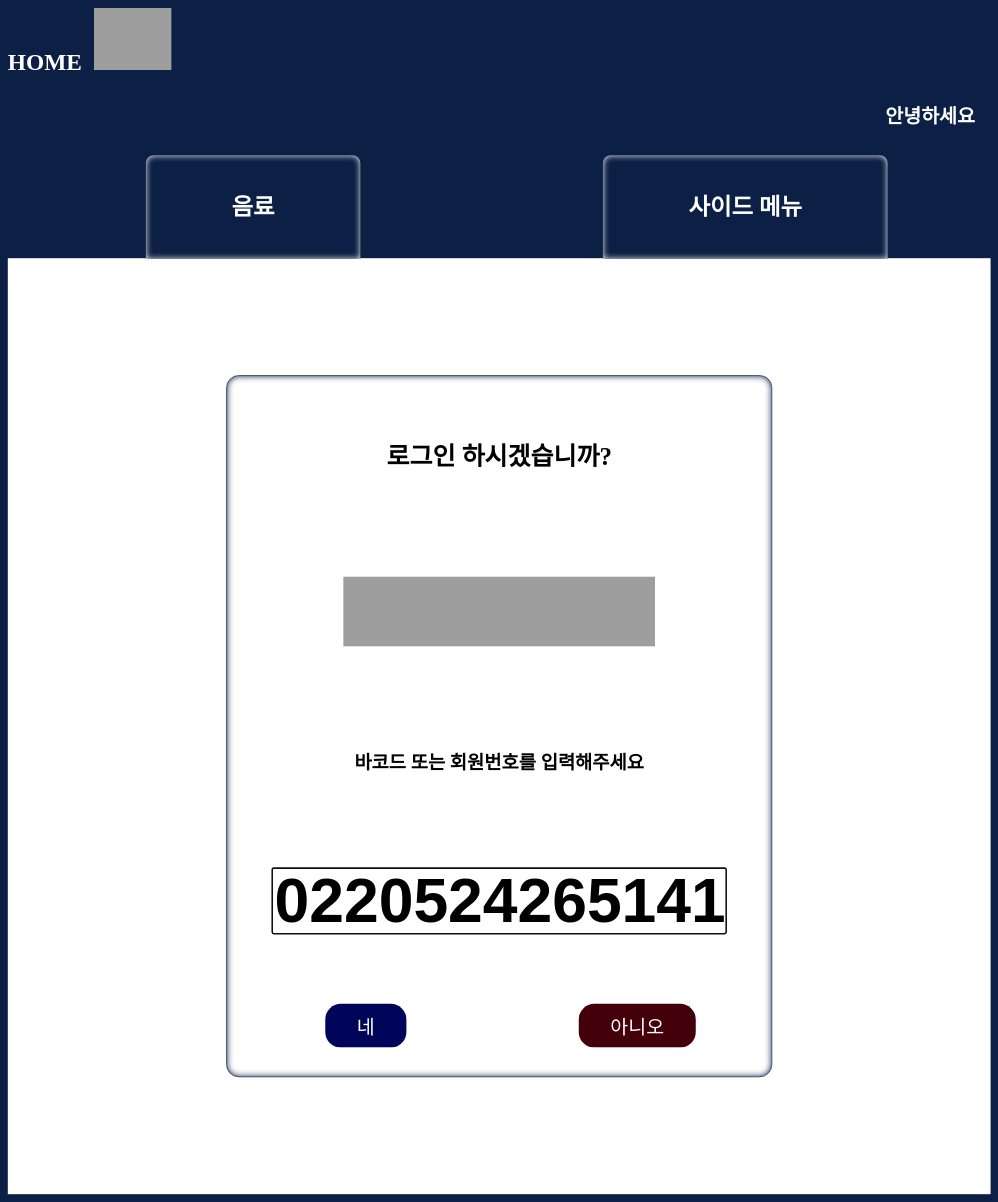
Repository: DevJoeYC/Metabukcs
Page: http://localhost/metabucks/KIOSK/login.jsp
An editor plug-in stored every save of this project. The page is shown before and after the next save, followed by the edit.
The browser window is 1280 px wide. The pictures show the whole page, at 78% of full size.
Pictures or frames that could not be fetched are drawn as grey boxes. The page is served by Tomcat 9. Other server files are loaded and not shown.

Above is the page before, as saved 2022-05-27 06:14:44.

### metabucks/WebContent/KIOSK/login.jsp
<%@ page language="java" contentType="text/html; charset=UTF-8"
    pageEncoding="UTF-8"%>
<%@ include file="includes/head.jsp" %>
<script>
	window.onload = function()
	{
		$("#usernum").focus();
	}

	function DoLogin()
	{
		if($("#usernum").val() == "" || $("#usernum").val() == null)

		{
			alert("회원번호를 입력하세요.");
			$("#usernum").focus();
			return;
		}

		//로그인 처리
		$.ajax({
			type : "post",
			url: "loginok.jsp",
			dataType: "html",
			data:
			{
				usernum: $("#usernum").val()
		    },
			success : function(data)
			{
				data = data.trim();
				if(data == "OK")
				{
					document.location = "drinkmenu.jsp";
				}else
				{
					alert("회원번호가 일치하지 않습니다.");
				}
			}
		});
	}
</script>
<!-- ==================================================================================================================== -->
<tr>
	<td style="background-color:white;padding:150px 0px 150px 0px" colspan=3>
		<form name="login" method="post" action="loginok.jsp" onsubmit="javascript:return false;">
		<table id="login" border="0" height="900" width="700" style="margin : auto; text-align:center">
			<tr>
				<td colspan="2"><h1>로그인 하시겠습니까?</h1></td>
			</tr>
			<tr>
				<td colspan="2"><img src="images/barcode.png" width="400" height="90"></td>
			</tr>
			<tr>
				<td colspan=2><h2>바코드 또는 회원번호를 입력해주세요</h2></td>
			</tr>

			<tr>
				<td colspan=2><input type="text"
									 id="usernum"
									 name="usernum"
									 style="width: 36rem; height: 5rem;font-size: 5rem;font-weight:bold"
									 value="0220524265141">
				</td>
			</tr>

			<tr>
				<td width="350px"><a id="yes" href="javascript:DoLogin();">네</a></td>
				<td><span><a id="no" href="drinkmenu.jsp">아니오</a></span></td>
			</tr>
		</table>
		</form>
	</td>
<!-- ==================================================================================================================== -->
<%@ include file="includes/tail.jsp" %>

### metabucks/WebContent/KIOSK/includes/head.jsp
<%@ page language="java" contentType="text/html; charset=UTF-8"
    pageEncoding="UTF-8"%>
<%@ page import="meta.dto.*" %>
<%@ page import="meta.vo.*" %>
<!DOCTYPE html>

<%
	//session.setMaxInactiveInterval(60*1); //1분후 세션만료(아무 움직임 없을시)
	String id = "";
	accountVO user  = (accountVO) session.getAttribute("accountVO");
	if(user != null)
	{
		id = user.id();
	}
%>
<html>
	<head>

		<title>메타벅스</title>
		<link rel="stylesheet" href="css/kiosk.css"/>
		<script src="js/jquery-3.6.0.js"></script>
	</head>
	<style>

    	</style>
	<body>
		<table border=0  style="width:100%;">
			<tr>
				<td id="bar" colspan="2" style="text-align:left;padding:0px 0px 30px 0px"><a style="color: white;text-decoration:none;" href="index.jsp">HOME &nbsp;<img src="images/CoffeeLogo.png" height="80px" width="100px"></a></td>
			</tr>
			<tr>
				<td id="bar" colspan="2" style="text-align:right; width:100px; height:30px; font-size:25px; padding:0px 20px 30px 0px">
					<%
						if(id == null || id.equals(""))
						{
							%>
								안녕하세요
							<%
						}else
						{
							%>
							( <%= user.name() %> )님 환영합니다 &nbsp;&nbsp;&nbsp;<a id="mypagebtn" href="mypage.jsp">마이페이지</a></td>
							<%
						}
					%>
				</td>
			</tr>
			<tr>
				<td id="bar"  height="130px" width="100px" style="text-align:center"><a id="menu" style="color: white" href="drinkmenu.jsp">음료</a></td>
				<td id="bar" width="130px" style="text-align:center"><a id="menu" style="color: white" href="sidemenu.jsp">사이드 메뉴</a></td>
			</tr>

### metabucks/WebContent/KIOSK/includes/tail.jsp
<%@ page language="java" contentType="text/html; charset=UTF-8"
    pageEncoding="UTF-8"%>
</tr>
		</table>
	</body>
	</html>

### metabucks/WebContent/KIOSK/css/kiosk.css
@charset "UTF-8";

	#indexbar
	{
		font-size:30px
	}
	#abtn
	{
		text-decoration: none;
		background-color: #0C1F45;
		border:dotted;
		color: maroon;
		padding:80px 300px 80px 300px ;
		text-align: center;
		display: inline-block;
		border-radius: 20px 20px 20px 20px;
	}
	#abtn:hover, #abtn:active
	{
		background-color: #471214;
	}

	body
	{
		background-color:#0C1F45;
	}

	#login
	{
		background-color:white;
		border:1px solid #0C1F45;
		border-radius:16px;
		box-shadow:inset 0 0 8px #0C1F45;
	}
	#bar
	{
		background-color:#0C1F45;
		color:white;
		font-size:30px;
		font-weight:bold;
	}
	#menu
	{
		background-color: #0C1F45;
		text-decoration: none;
		padding: 50px 110px;
		border-radius: 10px 10px 0px 0px;
		box-shadow:inset 0 0 8px white;
		font-weight:bold;
	}
	#menu:hover
	{
		background-color: #471214;
	}
	#yes
	{
		text-decoration: none;
		background-color: #00055A;
		color: white;
		padding: 10px 40px;
		text-align: center;
		display: inline-block;
		border-radius: 20px 20px 20px 20px;
		font-size:25px;
	}
	#no
	{
		text-decoration: none;
		background-color: #44000A;
		color: white;
		padding: 10px 40px;
		text-align: center;
		display: inline-block;
		border-radius: 20px 20px 20px 20px;
		font-size:25px;
	}

	#optbtn
	{
		background-Color:#0C1F45;
		font:12px;
		font-weight:bold;
		color:white;
		border-radius: 10px 10px 10px 10px;
		font-size:20px;
	}
	#optbtn:hover
	{
		background-Color:#085820;
	}
	#optbtn:visited
	{
		background-Color:#085820;
	}
	#mypagebtn
	{
		text-decoration: none;
		background-color: white;
		color:black;
		padding: 10px 20px;
		display: inline-block;
		border-radius: 20px 20px 20px 20px;
		font-weight:bold;
		font-size:15px
	}

	#orderbtn
	{
		text-decoration: none;
		background-color: white;
		color: black;
		padding: 30px 190px;
		display: inline-block;
		border-radius: 10px 10px 10px 10px;;
		font-weight:bold;
		font-size:30px
	}
	#cancelbtn
	{
		text-decoration: none;
		background-color: #660010;
		color: white;
		padding: 60px 100px;
		display: inline-block;
		border-radius: 10px 10px 10px 10px;;
		font-weight:bold;
		font-size:30px;
	}

Loaded but not shown: metabucks/WebContent/KIOSK/js/jquery-3.6.0.js (library)

After the next save:
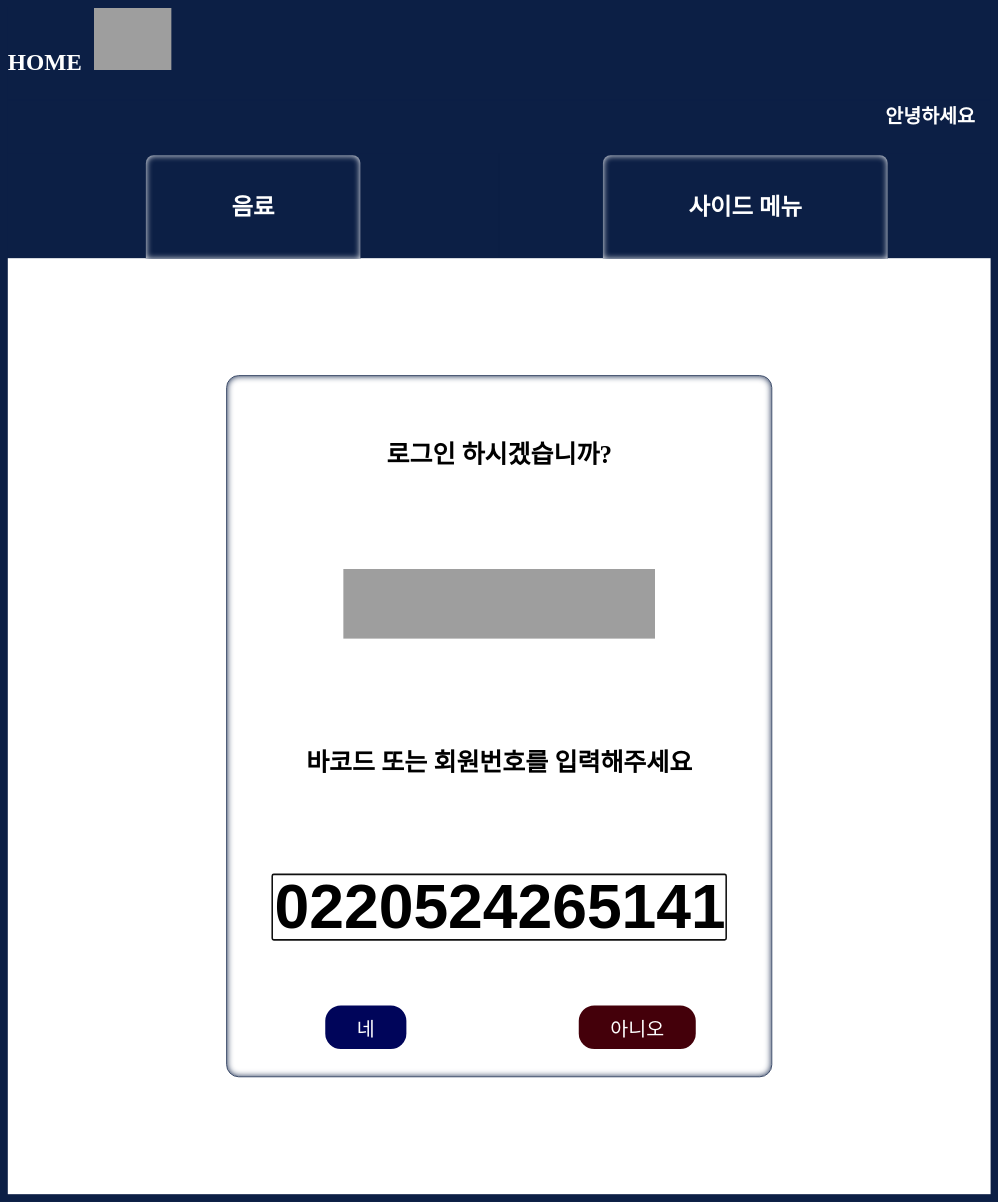
Saved 14 s later.
--- a/metabucks/WebContent/KIOSK/login.jsp
+++ b/metabucks/WebContent/KIOSK/login.jsp
@@ -52,7 +52,7 @@
 				<td colspan="2"><img src="images/barcode.png" width="400" height="90"></td>
 			</tr>
 			<tr>
-				<td colspan=2><h2>바코드 또는 회원번호를 입력해주세요</h2></td>
+				<td colspan=2><h1>바코드 또는 회원번호를 입력해주세요</h1></td>
 			</tr>
 
 			<tr>
